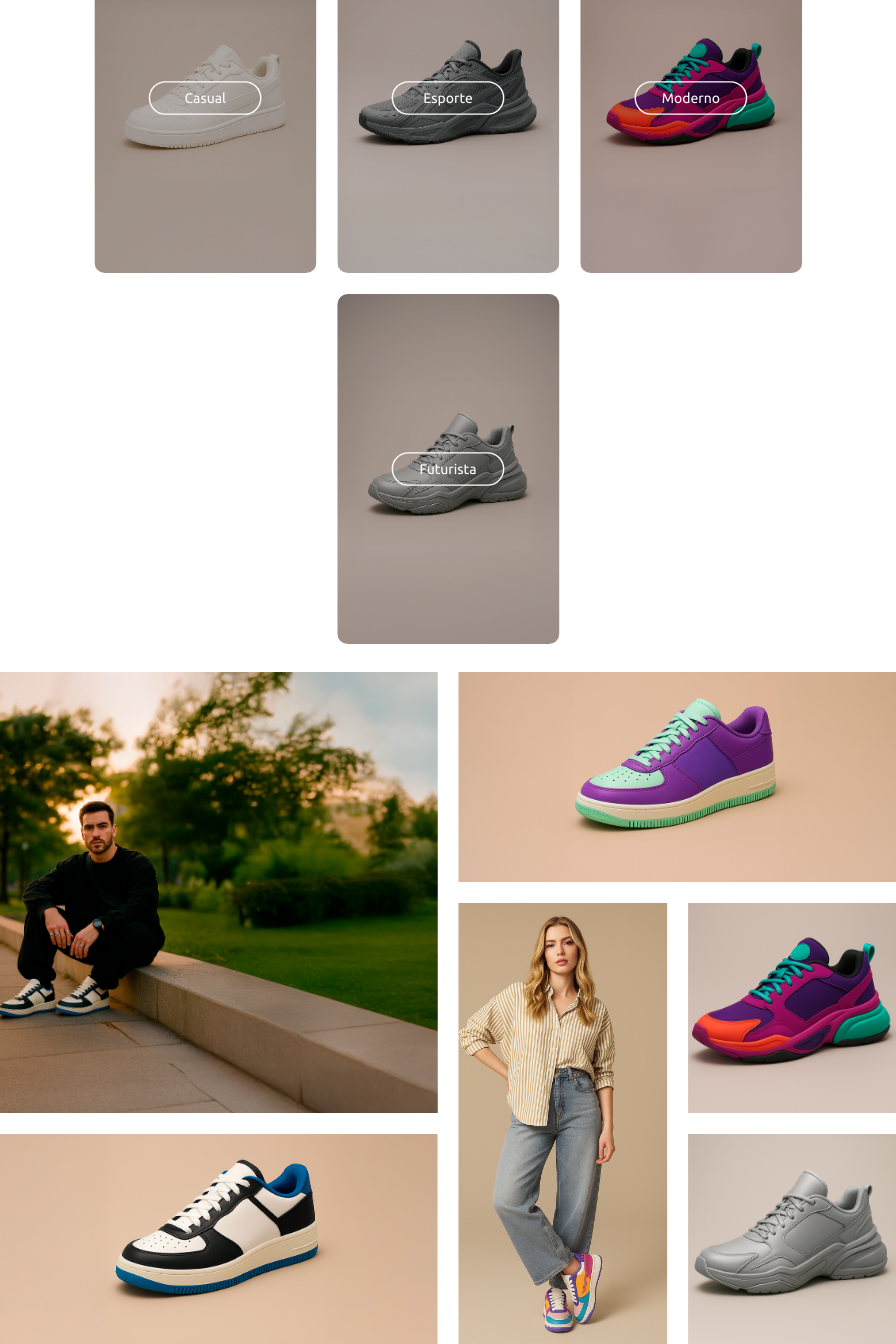
Repository: caique2512/ecommerce-syntaxwear
Page: index.html
An editor plug-in stored every save of this project. The page is shown before and after a run of saves, followed by the edit.
The browser window is 1280 px wide. The pictures show the part of the page from y = 690 to 2610 px (the page is 2610 px tall), at 70% of full size.

Above is the page before, as saved 2026-02-20 19:10:15.

### index.html
<!doctype html>
<html lang="pt-BR">
  <head>
    <meta charset="UTF-8" />
    <meta name="viewport" content="width=device-width, initial-scale=1.0" />
    <meta name="description" content="SyntaxWear - Loja de tênis online" />
    <title>SyntaxWear - Tênis e Sneakers Online</title>
    <meta
      name="description"
      content="Compre os melhores tênis e sneakers online na SyntaxWear. Encontre modelos exclusivos, ofertas imperdíveis e frete grátis para todo o Brasil."
    />

    <link rel="stylesheet" href="./css/base/reset.css" />
    <link rel="stylesheet" href="./css/base/style.css" />
    <link rel="stylesheet" href="./css/base/variables.css" />

    <link rel="stylesheet" href="./css/components/header.css" />
    <link rel="stylesheet" href="./css/components/hero.css" />
    <link rel="stylesheet" href="./css/components/product-category.css" />
    <link rel="stylesheet" href="./css/components/product-grid.css" />
  </head>
  <body>
    <!-- Header com Logo e Navegação -->
    <header class="header">
      <h1 class="logo">
        <a href="/" title="SyntaxWear - Tênis e Sneakers Online">
          <img
            src="./images/logo/logo.svg"
            alt="SyntaxWear - Tênis e Sneakers Online"
          />
        </a>
      </h1>
      <nav class="nav-center" aria-label="Categorias Principais">
        <ul>
          <li><a href="#">Masculino</a></li>
          <li><a href="#">Feminino</a></li>
          <li><a href="#">Outlet</a></li>
        </ul>
      </nav>

      <nav class="nav-right" aria-label="Menu Secundário">
        <ul>
          <li><a href="#">Nossas lojas</a></li>
          <li><a href="#">Sobre</a></li>
          <li>
            <a href="#" aria-label="Minha conta">
              <img src="./images/icons/user.svg" alt="Minha conta" />
            </a>
          </li>
          <li>
            <a href="#" aria-label="Ajuda">
              <img src="./images/icons/help.svg" alt="Ajuda" />
            </a>
          </li>
          <li>
            <a href="#" aria-label="Carrinho">
              <img src="./images/icons/bag.svg" alt="Carrinho" />
            </a>
          </li>
        </ul>
      </nav>
    </header>
    <main>
      <section class="hero">
        <div class="hero-overlay">
          <div class="hero-content">
            <span class="hero-subtitle">Krypton One</span>
            <h2 class="hero-title">Tranforme qualquer passo em preseça.</h2>
            <div class="hero-buttons">
              <a class="btn btn-outiline" href="#">Ver modelos</a>
              <a class="btn btn-filled" href="#">Comprar</a>
            </div>
          </div>
        </div>
      </section>
      <!-- Seção de Categorias de Tênis -->
      <section class="categories-section">
        <div class="category-card casual">
          <a class="category-link" href="#">
            <span class="overlay"></span>
            <span class="category-name btn btn-outiline">Casual</span>
          </a>
        </div>
        <div class="category-card esporte">
          <a class="category-link" href="#">
            <span class="overlay"></span>
            <span class="category-name btn btn-outiline">Esporte</span>
          </a>
        </div>
        <div class="category-card moderno">
          <a class="category-link" href="#">
            <span class="overlay"></span>
            <span class="category-name btn btn-outiline">Moderno</span>
          </a>
        </div>
        <div class="category-card futurista">
          <a class="category-link" href="#">
            <span class="overlay"></span>
            <span class="category-name btn btn-outiline">Futurista</span>
          </a>
        </div>
      </section>
      <!-- Seção de Produtos em Destaque -->
      <section class="grid-section">
        <div class="card top1">
          <div class="top1-content">
            <h3 class="card-subtitle">Krypton One</h3>
            <p class="card-subtitle">Estilos Urbano com atitude</p>
            <div class="cta-group">
              <a href="#" class="btn btn-outiline">Feminino</a>
              <a href="#" class="btn btn-outiline">Masculino</a>
            </div>
          </div>
        </div>
        <div class="card top1"></div>
        <div class="card top2"></div>
        <div class="card midL"></div>
        <div class="card midR"></div>
        <div class="card bottomL"></div>
        <div class="card bottomR"></div>
      </section>
    </main>

    <!-- Footer -->
    <footer class="footer"></footer>

    <script src="js/main.js"></script>
  </body>
</html>

### css/base/reset.css
/* Reset baseado em Andy Bell - Modern CSS Reset */

/* Remove default margins e paddings */
*,
*::before,
*::after {
    margin: 0;
    padding: 0;
    box-sizing: border-box;
}

/* Remove default list styles */
ul[role="list"],
ol[role="list"] {
    list-style: none;
}

/* Body defaults */
body {
    min-height: 100vh;
    text-rendering: optimizeSpeed;
    line-height: 1.5;
}

/* Make images easier to work with */
img,
picture {
    max-width: 100%;
    display: block;
}

/* Inherit fonts for inputs and buttons */
input,
button,
textarea,
select {
    font: inherit;
}

/* Remove animations for people that prefer not to see them */
@media (prefers-reduced-motion: reduce) {
    *,
    *::before,
    *::after {
        animation-duration: 0.01ms !important;
        animation-iteration-count: 1 !important;
        transition-duration: 0.01ms !important;
        scroll-behavior: auto !important;
    }
}

/* A elements that don't have a class get default styles */
a:not([class]) {
    text-decoration-skip-ink: auto;
}

a {
    text-decoration: none;
}

ul,ol{
    list-style: none;
}
/* Remove all animations, transitions and smooth scroll for people that prefer not to see them */
@media (prefers-reduced-motion: reduce) {
    html:focus-within {
        scroll-behavior: auto;
    }

    *,
    *::before,
    *::after {
        animation-duration: 0.01ms !important;
        animation-iteration-count: 1 !important;
        transition-duration: 0.01ms !important;
    }
}

### css/base/style.css
body {
    font-family: var(--fonte-principal);
    color: #333333;
}

main {
    padding: 2.5rem 0 0;
    max-width: 1360px;
    margin: 0 auto;
}

.btn {
    font-size: 1.25rem;
    width: 161px;
    height: 48px;
    border-radius: 25px;
    text-decoration: none;
    color: white;
    font-weight: 400;
    padding: 10px 20px;
    transition: background-color 0.3s, border 0.3s;
}

.btn-outiline {
    background: transparent;
    border: 2px solid white;
    line-height: 23px;
}

.btn-filled {
    background-color: white;
    color: #6329A2;
}

.btn:hover {
    background-color: #6329A2;
    color: white;
    border: #6329A2;
}

### css/base/variables.css
@import url('https://fonts.googleapis.com/css2?family=Ubuntu:ital,wght@0,300;0,400;0,500;0,700;1,300;1,400;1,500;1,700&display=swap');

:root {
    --fonte-principal: 'Ubuntu', sans-serif;
}

### css/components/header.css
.header {
    position: fixed;
    top: 60px;
    left: 50%;
    transform: translate(-50%);
    width: calc(100% - 210px);
    border-radius: 15px;
    z-index: 999;
    display: flex;
    justify-content: space-between;
    align-items: center;
    padding: 0.255rem 1.25rem;
    background-color: white;
}

.logo img {
    height: 48px;
}

.nav-center ul {
    display: flex;
    gap: 2.5rem;
}

.nav-center a, .nav-right a {
    font-size: 1.25rem;
    color: #333333;
}

.nav-center a:hover, .nav-right a:hover {
    color: #7c3aed;
}

.nav-right ul {
    display: flex;
    gap: 2.5rem;
    align-items: center;
}

.nav-right img {
    height: 20px;
}

.nav-right a:hover img {
    opacity: 0.7;
}

### css/components/hero.css
.hero {
    background: url(../../images/banners/hero.jpg) no-repeat center;
    background-size: cover;
    height: 500px;
    position: relative;
    border-radius: 20px;
}

.hero-overlay {
    width: 100%;
    height: 100%;
    display: flex;
    align-items: center;
    justify-content: flex-end;
    padding: 0 6rem;
}

.hero-content {
    color: white;
    max-width: 355px;
    text-align: center;
}

.hero-buttons {
    display: flex;
    gap: 16px;
}

.hero-content .hero-title {
    font-size: 1.87rem;
    margin-bottom: 40px;
    font-weight: 400;
    line-height: 36px;
    letter-spacing: 3px;
}

.hero-content .hero-subtitle {
    font-size: 1.25rem;
    font-weight: 400;
}

### css/components/product-category.css
.categories-section {
    padding: 40px 0px 40px 0px;
    display: flex;
    flex-wrap: wrap;
    justify-content: center;
    gap: 30px;
}

.category-card {
    position: relative;
    width: 317px;
    height: 500px;
    border-radius: 15px;
    overflow: hidden;
}

.overlay {
    position: absolute;
    inset: 0;
    background-color: rgba(0, 0, 0, 0.25);
    z-index: 1;
}

.category-name {
    position: absolute;
    left: 50%;
    top: 50%;
    transform: translate(-50%, -50%);
    z-index: 2;
    font-size: 1.25rem;
    text-align: center;
}

.casual {
    background: url(../../images/products/tênis\ casual.jpg) no-repeat center;
    background-size: cover;
}

.esporte {
    background: url(../../images/products/twnia\ exportivo.jpg) no-repeat center;
    background-size: cover;
}

.moderno {
    background: url(../../images/products/tênis\ colorido.jpg) no-repeat center;
    background-size: cover;
}

.futurista {
    background: url(../../images/products/tênis\ futurista.jpg) no-repeat center;
    background-size: cover;
}

### css/components/product-grid.css
.top1 {
    grid-area: top1;
    background: url(../../images/products/modelo-homem.jpg);
    background-position: center;
    background-size: cover;
    background-repeat: no-repeat;
}

.top2 {
    grid-area: top2;
    background: url(../../images/products/tênis-roxo-grid.jpg) no-repeat center;
    background-size: cover;
}

.midL {
    grid-area: midL;
    background: url(../../images/products/modelo\ feminino.jpg) no-repeat center;
    background-size: cover;
}

.midR {
    grid-area: midR;
    background: url(../../images/products/futurista-grid.jpg) no-repeat center;
    background-size: cover;
}

.bottomL {
    grid-area: bottomL;
    background: url(../../images/products/preto-azul-grid.jpg) no-repeat center;
    background-size: cover;
}

.bottomR {
    grid-area: bottomR;
    background: url(../../images/products/moderno-grid.jpg) no-repeat center;
    background-size: cover;
}

.grid-section {
    display: grid;
    grid-template-columns: repeat(4, 1fr);
    grid-template-rows: repeat(3, 300px);
    grid-template-areas:
    "top1 top1 top2 top2"
    "top1 top1 midL midR"
    "bottomL bottomL midL bottomR";
    gap: 30px;
}

### js/main.js
/* ===================================
   MAIN.JS - Inicializações globais
   =================================== */

console.log('SyntaxWear - E-commerce carregado com sucesso');

// Suas inicializações globais aqui
// Exemplo: inicializar menu, carrinho, etc.

After the next 2 saves:
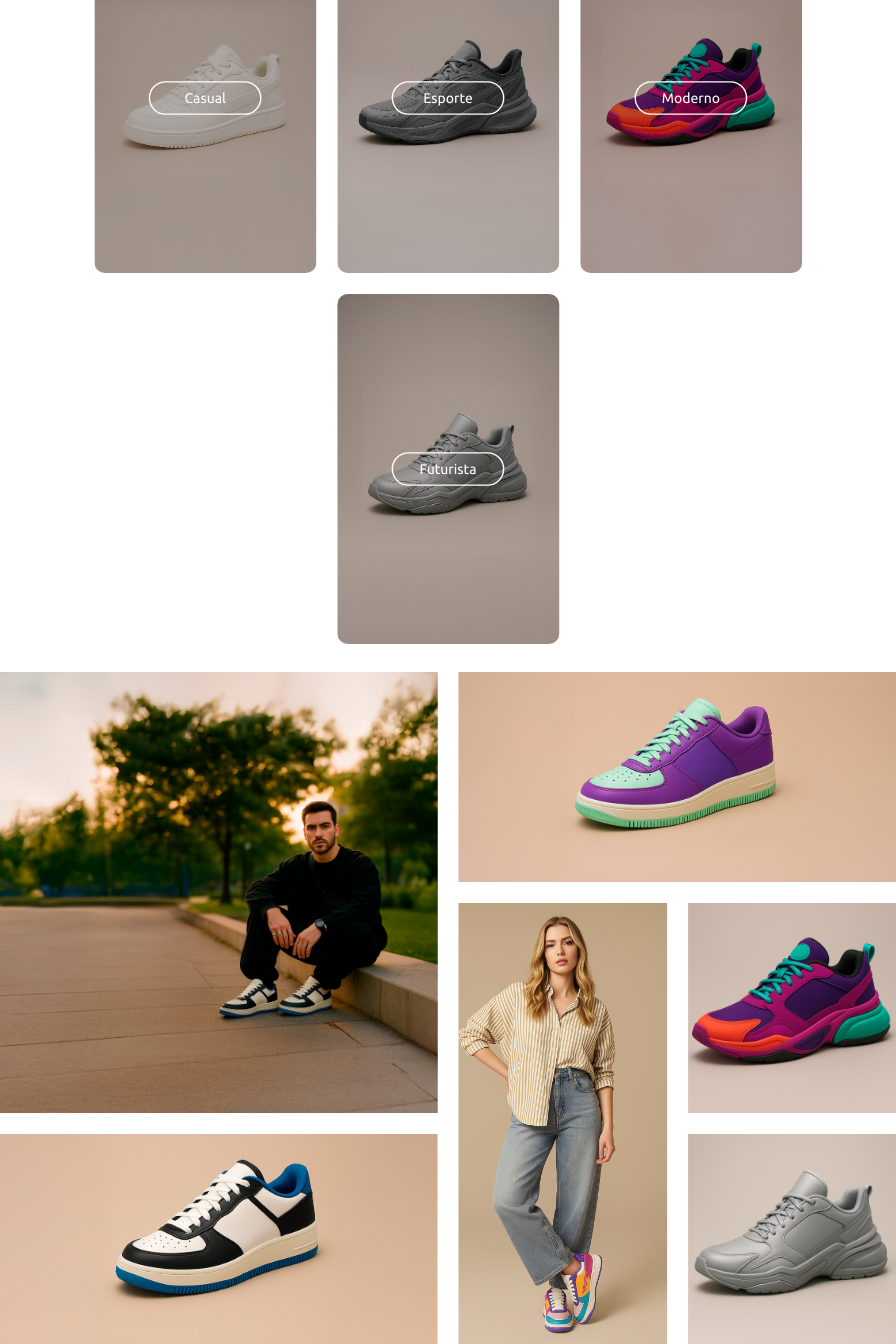
The 2 saves are shown as one change because they came seconds apart.
The last was saved 34 s later.
--- a/css/components/product-grid.css
+++ b/css/components/product-grid.css
@@ -1,7 +1,7 @@
 .top1 {
     grid-area: top1;
     background: url(../../images/products/modelo-homem.jpg);
-    background-position: center;
+    background-position: left;
     background-size: cover;
     background-repeat: no-repeat;
 }

After the save that followed:
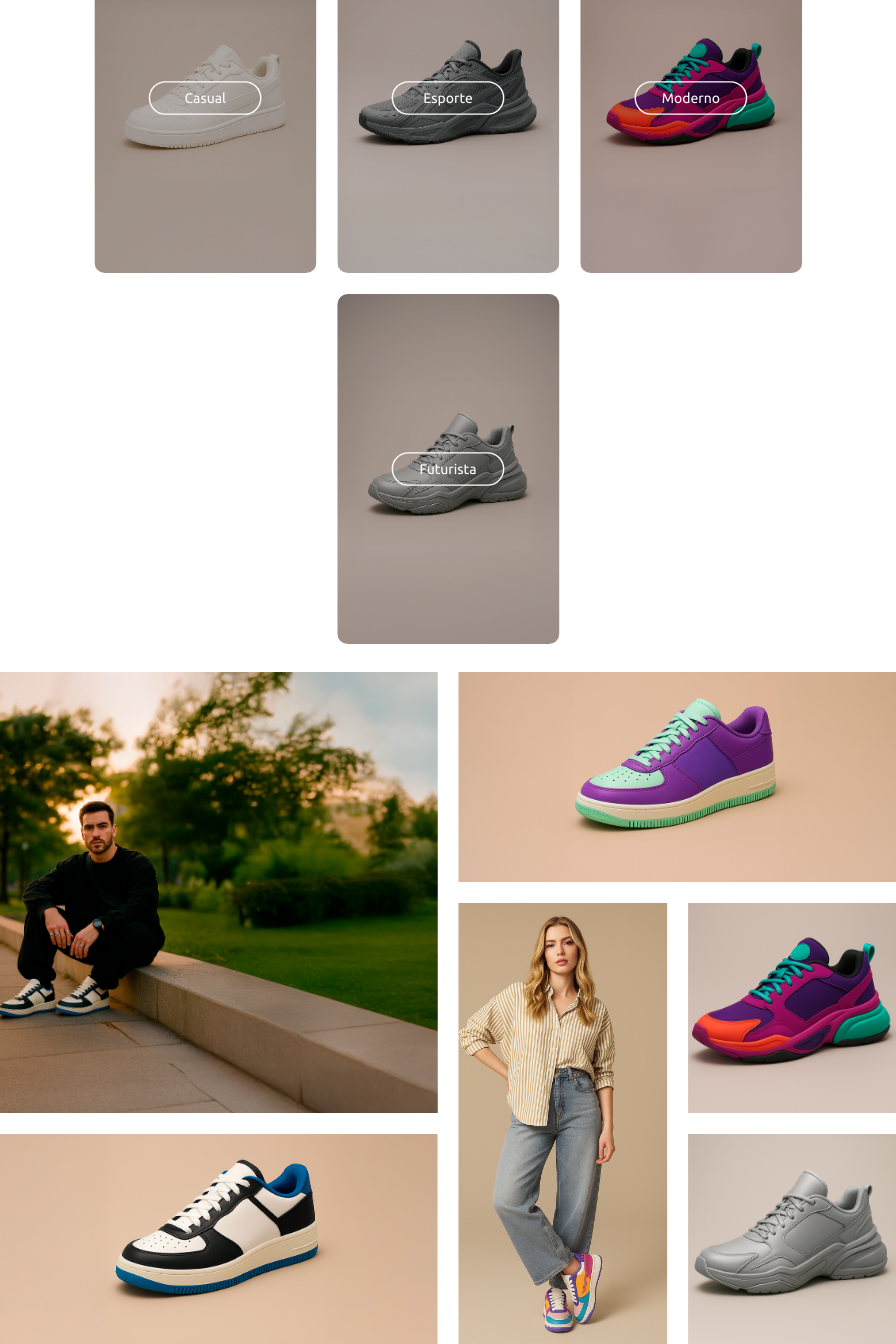
Saved 17 s later.
--- a/css/components/product-grid.css
+++ b/css/components/product-grid.css
@@ -1,7 +1,7 @@
 .top1 {
     grid-area: top1;
     background: url(../../images/products/modelo-homem.jpg);
-    background-position: left;
+    background-position: center;
     background-size: cover;
     background-repeat: no-repeat;
 }
